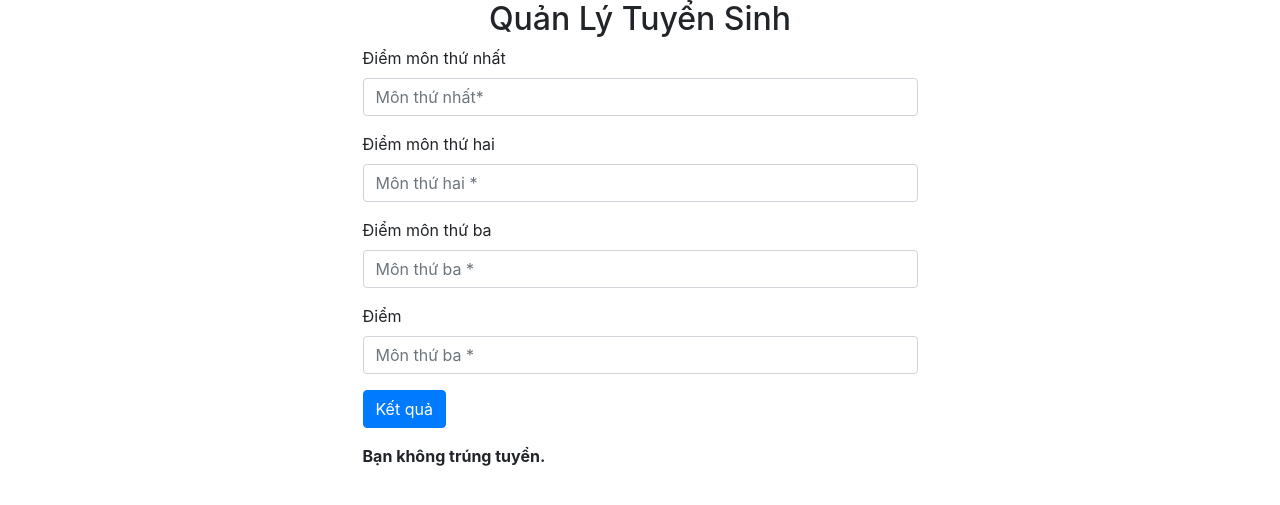
Repository: dovanthao2404/BC14_BaiTap_JS_Buoi_5_dovanthao
Page: html/bai1.html
These files come from the project's save history. The page is drawn as it stood at one moment and after the next save; the edit follows.
The browser window is 1280 px wide. The pictures show the whole page.

Above is the page before, as saved 2021-07-03 20:19:30.

### html/bai1.html
<!DOCTYPE html>
<html lang="en">

<head>
  <meta charset="UTF-8">
  <meta http-equiv="X-UA-Compatible" content="IE=edge">
  <meta name="viewport" content="width=device-width, initial-scale=1.0">
  <title>Document</title>

  <link rel="stylesheet" href="https://cdn.jsdelivr.net/npm/bootstrap@4.6.0/dist/css/bootstrap.min.css"
    integrity="sha384-B0vP5xmATw1+K9KRQjQERJvTumQW0nPEzvF6L/Z6nronJ3oUOFUFpCjEUQouq2+l" crossorigin="anonymous">
</head>

<body>

  <div class="container">
    <div class="admissions-manager">
      <form class="w-50 mx-auto">
        <h2 class="text-center">Quản Lý Tuyển Sinh</h2>
        <div class="form-group">
          <label for="scores-1">Điểm môn thứ nhất</label>
          <input class="form-control" type="text" placeholder="Môn thứ nhất*" id="scores-1">
          <span class="text-danger"></span>
        </div>
        <div class="form-group">
          <label for="scores-2">Điểm môn thứ hai</label>
          <input class="form-control" type="text" placeholder="Môn thứ hai *" id="scores-2">
          <span></span>
        </div>
        <div class="form-group">
          <label for="scores-3">Điểm môn thứ ba</label>
          <input class="form-control" type="text" placeholder="Môn thứ ba *" id="scores-3">
          <span></span>
        </div>
        <div class="form-group">

        </div>
        <label for="areaScores">Điểm </label>
        <input class="form-control" type="text" placeholder="Môn thứ ba *" id="areaScores">
        <span></span>
        <div class="form-group">

        </div>
        <button id="result" type="button" class="btn btn-primary">Kết quả</button>
      </form>
      <div class="mt-3 w-50 mx-auto">
        <b id="showResult">Bạn không trúng tuyển.</b>
      </div>
    </div>
  </div>
</body>

</html>

After the next save:
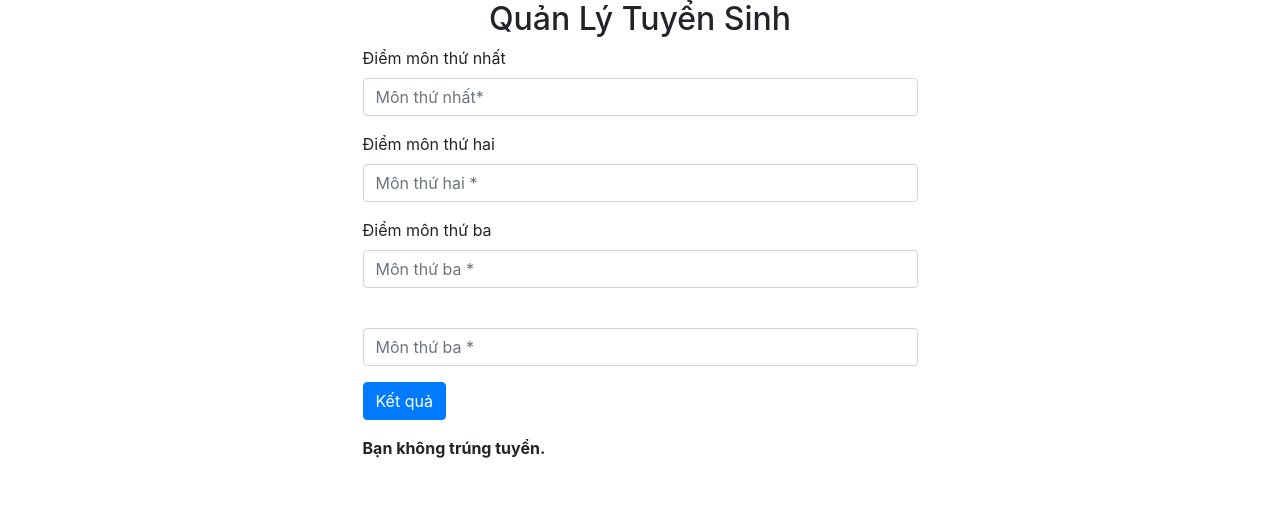
Saved 6 s later.
--- a/html/bai1.html
+++ b/html/bai1.html
@@ -35,7 +35,7 @@
         <div class="form-group">
 
         </div>
-        <label for="areaScores">Điểm </label>
+        <label for="areaScores"></label>
         <input class="form-control" type="text" placeholder="Môn thứ ba *" id="areaScores">
         <span></span>
         <div class="form-group">
